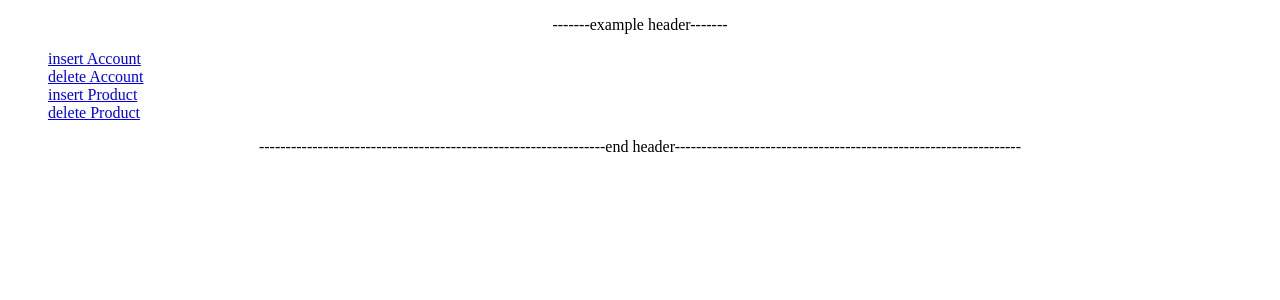
Repository: pffdota04/cuahang
Page: http://localhost/CuaHang/Views/Admin/commom/header.jsp
The author's editor kept a copy of each file at every save. The page is drawn from the files as they stood at one save, then again after the next save.
The browser window is 1280 px wide. The pictures show the whole page.
The page is served by Tomcat 9. Other server files are loaded and not shown.

Above is the page before, as saved 2020-11-11 04:42:50.

### CuaHang/WebContent/Views/Admin/commom/header.jsp
<%@ page language="java" contentType="text/html; charset=ISO-8859-1"
	pageEncoding="ISO-8859-1"%>
<!DOCTYPE html>
<html>
<head>
<meta charset="ISO-8859-1">
<title>Insert title here</title>
<style>  -- do it in .css
.clearfix::after {
	content: " ";
	display: table;
	clear: both;
}
</style>
</head>
<body>
	<p style="text-align: center;">-------example header-------</p>
	<ul class="main-nav" style=" list-style: none;">
		<li><a href="#">insert Account</a></li>
		<li><a href="#">delete Account</a></li>
		<li><a href="#">insert Product</a></li>
		<li><a href="#">delete Product</a></li>
	</ul>
	<div class="clearfix"></div>
	<p style="text-align: center;">-----------------------------------------------------------------end header-----------------------------------------------------------------</p>
	<div class="clearfix"></div>
</body>
</html>

After the next save:
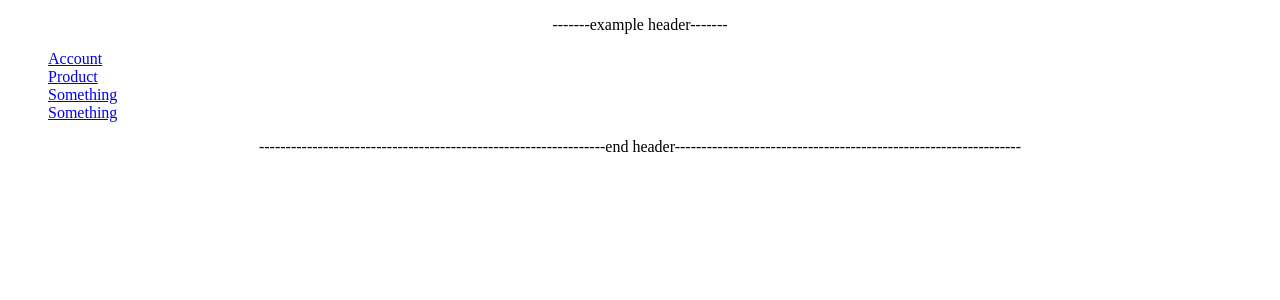
Saved 2 min 45 s later.
--- a/CuaHang/WebContent/Views/Admin/commom/header.jsp
+++ b/CuaHang/WebContent/Views/Admin/commom/header.jsp
@@ -16,10 +16,10 @@
 <body>
 	<p style="text-align: center;">-------example header-------</p>
 	<ul class="main-nav" style=" list-style: none;">
-		<li><a href="#">insert Account</a></li>
-		<li><a href="#">delete Account</a></li>
-		<li><a href="#">insert Product</a></li>
-		<li><a href="#">delete Product</a></li>
+		<li><a href="#">Account</a></li>
+		<li><a href="#">Product</a></li>
+		<li><a href="#">Something</a></li>
+		<li><a href="#">Something</a></li>
 	</ul>
 	<div class="clearfix"></div>
 	<p style="text-align: center;">-----------------------------------------------------------------end header-----------------------------------------------------------------</p>
